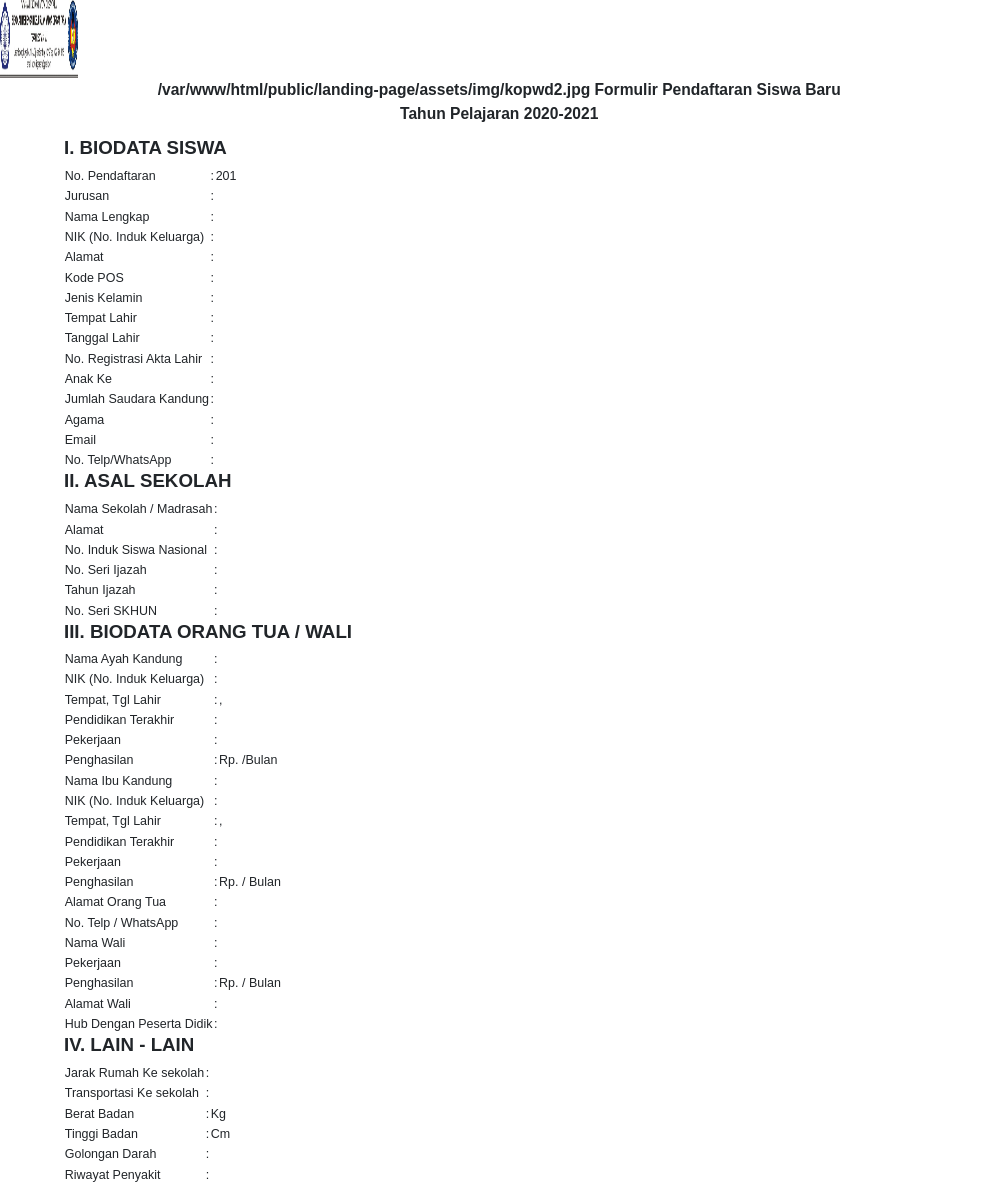
Repository: nooravipp-ux/ppdb-v-2
Page: resources/views/student/download-formulir.blade.php
The author's editor kept a copy of each file at every save. The page is drawn from the files as they stood at one save, then again after a run of saves.
The browser window is 1280 px wide. The pictures show the whole page, at 78% of full size.
The page is served by the project's Laravel application, run on PHP 8.4 with Laravel 8. Other server files are loaded and not shown. The template is opened directly, without the code that normally fills it, so the values that code supplies are empty.

Above is the page before, as saved 2021-09-05 00:28:33.

### routes/web.php
<?php

use Illuminate\Support\Facades\Route;
use Illuminate\Support\Facades\Auth;
use App\Mail\RegistrationMailNotif;
use Illuminate\Support\Facades\Mail;
/*
|--------------------------------------------------------------------------
| Web Routes
|--------------------------------------------------------------------------
|
| Here is where you can register web routes for your application. These
| routes are loaded by the RouteServiceProvider within a group which
| contains the "web" middleware group. Now create something great!
|
*/

Route::get('/', function () {
    return view('welcome');
});

Auth::routes();
Route::auth();
Route::get('/home', [App\Http\Controllers\HomeController::class, 'index'])->name('home');

//Exam Route
Route::get('/manage-exam', [App\Http\Controllers\ManageExamController::class, 'manageExam'])->name('manage-exam');
Route::post('/manage-exam/add-course', [App\Http\Controllers\ManageExamController::class, 'addCourse']);
Route::post('/add-or-update-exam', [App\Http\Controllers\ManageExamController::class, 'addOrUpdateExam'])->name('add-or-update-exam');
Route::get('/manage-exam/manage-exam-question/{id}', [App\Http\Controllers\ManageExamController::class, 'manageExamQuestion'])->name('manage-exam-question.id');
Route::get('/manage-exam/exam-report', [App\Http\Controllers\ManageExamController::class, 'examReport'])->name('exam-report');

Route::post('/manage-exam/manage-exam-question/add-questions', [App\Http\Controllers\QuestionController::class, 'addOrUpdateQuestions'])->name('add-questions');
Route::get('/start-exam/{id}', [App\Http\Controllers\ManageExamController::class, 'startExam'])->name('exam.id');
Route::get('/examination-list', [App\Http\Controllers\ManageExamController::class, 'listExam'])->name('list-exam');

Route::post('/start-exam/submit-exam', [App\Http\Controllers\QuestionController::class, 'submitAnswer']);
Route::get('/start-exam/submit-exam/result/{id}', [App\Http\Controllers\QuestionController::class, 'result'])->name('result.id');




// Registration route
Route::get('/register', [App\Http\Controllers\RegistrationController::class, 'index'])->name('registration');
Route::get('/register/detail/{id}', [App\Http\Controllers\RegistrationController::class, 'getDetailRegister'])->name('detail.id');
Route::get('/register/confirm/{id}', [App\Http\Controllers\RegistrationController::class, 'confirmRegister'])->name('confirm.id');
Route::get('/student-registration', [App\Http\Controllers\RegistrationController::class, 'registrationStudent']);
Route::get('/student-registration/save', [App\Http\Controllers\RegistrationController::class, 'save']);


//biodata
Route::get('/home/biodata', [App\Http\Controllers\BiodataController::class, 'biodata'])->name('biodata');

### app/Http/Controllers/Controller.php
<?php

namespace App\Http\Controllers;

use Illuminate\Foundation\Auth\Access\AuthorizesRequests;
use Illuminate\Foundation\Bus\DispatchesJobs;
use Illuminate\Foundation\Validation\ValidatesRequests;
use Illuminate\Routing\Controller as BaseController;
use Illuminate\Support\Facades\DB;
use Illuminate\Support\Facades\View;
use Illuminate\Support\Facades\Auth;
class Controller extends BaseController
{
    use AuthorizesRequests, DispatchesJobs, ValidatesRequests;
}

### resources/views/student/download-formulir.blade.php
<!DOCTYPE html>
<html lang="en-us">

<head>
    <meta charset="UTF-8">
    <meta name="viewport" content="width=device-width, initial-scale=1">

    <!-- Bootstrap CSS -->
    <link href="https://cdn.jsdelivr.net/npm/bootstrap@5.1.0/dist/css/bootstrap.min.css" rel="stylesheet" integrity="sha384-KyZXEAg3QhqLMpG8r+8fhAXLRk2vvoC2f3B09zVXn8CA5QIVfZOJ3BCsw2P0p/We" crossorigin="anonymous">


    <title>Formulir Pendaftaran</title>
    <link rel="stylesheet" href="./responsiveRegistration.css">
    <script type="text/javascript" lang="javascript" src="./responsiveRegistaration.js"></script>
    <style type="text/css" media="all">

        table {
            font-family: Arial, Helvetica, sans-serif;
        }

        p {
            font-family: Arial, Helvetica, sans-serif;
            text-align: center;
            font-size: 20px;
            font-weight: bold;
        }

        h4{
            font-family: Arial, Helvetica, sans-serif;

        }

        td {
            height: 10px;
        }
    </style>
</head>

<body>
    <img src="{{ url('landing-page/assets/img/kopwd2.jpg') }}" style="width: 100px; height:100px">
    <?php ?>
    <p>{{ public_path ('landing-page/assets/img/kopwd2.jpg') }} Formulir Pendaftaran Siswa Baru <br class="mt-2"> Tahun Pelajaran 2020-2021</p>
    <div class="container">
        {{-- Data Saya --}}
        <h4><b>I. BIODATA SISWA</b></h4>
        <table class=" pl-3">
            <tr>
                <td style="height: 20px;"><label for="fname">No. Pendaftaran</label></td>
                <td>:</td>
                <td>201</td>
            </tr>
            <tr>
                <td><label for="fname">Jurusan</label></td>
                <td>:</td>
                <td>{{$data->pilihan_jurusan}}</td>
            </tr>
            <tr>
                <td><label for="fname">Nama Lengkap</label></td>
                <td>:</td>
                <td>{{$data->nama_lengkap}}</td>
            </tr>
            <tr>
                <td><label for="fname">NIK (No. Induk Keluarga)</label></td>
                <td> : </td>
                <td>{{$data->nik_siswa}}</td>
            </tr>
            <tr>
                <td><label for="fname">Alamat</label></td>
                <td>:</td>
                <td>{{$data->alamat}}</td>
            </tr>
            <tr>
                <td><label for="fname">Kode POS</label></td>
                <td>:</td>
                <td>{{$data->kode_pos}}</td>
            </tr>

            <tr>
                <td><label for="fname">Jenis Kelamin</label></td>
                <td>:</td>
                <td>{{$data->jenis_kelamin}}</td>
            </tr>
            <tr>
                <td><label for="fname">Tempat Lahir</label></td>
                <td> : </td>
                <td>{{$data->tempat_lahir}}</td>
            </tr>
            <tr>
                <td><label for="fname">Tanggal Lahir</label></td>
                <td> : </td>
                <td>{{$data->tanggal_lahir}}</td>
            </tr>
            <tr>
                <td><label for="fname">No. Registrasi Akta Lahir</label></td>
                <td> : </td>
                <td>{{$data->no_registrasi_akta_lahir}}</td>
            </tr>
            <tr>
                <td><label for="fname">Anak Ke</label></td>
                <td> : </td>
                <td>{{$data->anak_ke}}</td>
            </tr>
            <tr>
                <td><label for="fname">Jumlah Saudara Kandung</label></td>
                <td> : </td>
                <td>{{$data->jumlah_saudara_kandung}}</td>
            </tr>
            <tr>
                <td><label for="fname">Agama</label></td>
                <td> : </td>
                <td>{{$data->agama}}</td>
            </tr>
            <tr>
                <td><label for="fname">Email</label></td>
                <td> : </td>
                <td>{{$data->email}}</td>
            </tr>
            <tr>
                <td><label for="fname">No. Telp/WhatsApp</label></td>
                <td> : </td>
                <td>{{$data->no_telp}}</td>
            </tr>
        </table>
    </div>

    <div class="container">
        {{-- Data Pendidikan --}}
        <h4><b>II. ASAL SEKOLAH</b></h4>
        <table>
            <tr>
                <td><label for="fname">Nama Sekolah / Madrasah</label></td>
                <td> : </td>
                <td>{{$data->nama_sekolah_asal}}</td>
            </tr>
            <tr>
                <td><label for="fname">Alamat</label></td>
                <td> : </td>
                <td>{{$data->alamat_sekolah}}</td>
            </tr>
            <tr>
                <td><label for="fname">No. Induk Siswa Nasional</label></td>
                <td> :</td>
                <td> {{$data->no_induk_siswa_nasional}}</td>
            </tr>
            {{-- <tr>
                <td><label for="fname">No. Peserta Ujian Nasional</label></td>
                <td> : </td>
                <td>{{$data->no_peserta_ujian_nasional}}</td>
            </tr> --}}
            <tr>
                <td><label for="fname">No. Seri Ijazah</label></td>
                <td> :</td>
                <td> {{$data->no_seri_ijazah}}</td>
            </tr>
            <tr>
                <td><label for="fname">Tahun Ijazah</label></td>
                <td> : </td>
                <td>{{$data->tahun_ijazah}}</td>
            </tr>
            <tr>
                <td><label for="fname">No. Seri SKHUN</label></td>
                <td> : </td>
                <td>{{$data->no_seri_skhun}}</td>
            </tr>
        </table>
    </div>

    <div class="container">
        {{-- Data Ortu / Wali --}}
        <h4><b>III. BIODATA ORANG TUA / WALI</b></h4>
        <table>
            <tr>
                <td><label for="fname">Nama Ayah Kandung</label></td>
                <td> :</td>
                <td> {{$data->nama_ayah}}</td>
            </tr>
            <tr>
                <td><label for="fname">NIK (No. Induk Keluarga)</label></td>
                <td> :</td>
                <td> {{$data->nik_ayah}}</td>
            </tr>
            <tr>
                <td><label for="fname">Tempat, Tgl Lahir</label></td>
                <td> : </td>
                <td>{{$data->tempat_lahir_ayah}}, {{$data->tanggal_lahir_ayah}}</td>
            </tr>
            <tr>
                <td><label for="fname">Pendidikan Terakhir</label></td>
                <td> : </td>
                <td>{{$data->pendidikan_ayah}}</td>
            </tr>
            <tr>
                <td><label for="fname">Pekerjaan</label></td>
                <td> :</td>
                <td> {{$data->pekerjaan_ayah}}</td>
            </tr>
            <tr>
                <td><label for="fname">Penghasilan</label></td>
                <td> :</td>
                <td> Rp. {{$data->penghasilan_ayah}} /Bulan</td>
            </tr>
            <tr>
                <td><label for="fname">Nama Ibu Kandung</label></td>
                <td> : </td>
                <td>{{$data->nama_ibu}}</td>
            </tr>
            <tr>
                <td><label for="fname">NIK (No. Induk Keluarga)</label></td>
                <td> : </td>
                <td>{{$data->nik_ibu}}</td>
            </tr>
            <tr>
                <td><label for="fname">Tempat, Tgl Lahir</label></td>
                <td> :</td>
                <td> {{$data->tempat_lahir_ibu}}, {{$data->tanggal_lahir_ibu}}</td>
            </tr>
            <tr>
                <td><label for="fname">Pendidikan Terakhir</label></td>
                <td> :</td>
                <td> {{$data->pendidikan_ibu}}</td>
            </tr>
            <tr>
                <td><label for="fname">Pekerjaan</label></td>
                <td> :</td>
                <td> {{$data->pekerjaan_ibu}}</td>
            </tr>
            <tr>
                <td><label for="fname">Penghasilan</label></td>
                <td> :</td>
                <td> Rp. {{$data->penghasilan_ibu}} / Bulan</td>
            </tr>
            <tr>
                <td><label for="fname">Alamat Orang Tua</label></td>
                <td> : </td>
                <td>{{$data->alamat_ortu}}</td>
            </tr>
            <tr>
                <td><label for="fname">No. Telp / WhatsApp</label></td>
                <td> : </td>
                <td>{{$data->no_telp_ortu}}</td>
            </tr>
            <tr>
                <td><label for="fname">Nama Wali</label></td>
                <td> : </td>
                <td>{{$data->nama_wali}}</td>
            </tr>
            <tr>
                <td><label for="fname">Pekerjaan</label></td>
                <td> : </td>
                <td>{{$data->pekerjaan_wali}} </td>
            </tr>
            <tr>
                <td><label for="fname">Penghasilan</label></td>
                <td> : </td>
                <td> Rp. {{$data->penghasilan_wali}} / Bulan</td>
            </tr>
            <tr>
                <td><label for="fname">Alamat Wali</label></td>
                <td> :</td>
                <td> {{$data->alamat_wali}}</td>
            </tr>
            <tr>
                <td><label for="fname">Hub Dengan Peserta Didik</label></td>
                <td> :</td>
                <td> {{$data->hub_dengan_peserta_didik}}</td>
            </tr>
        </table>
    </div>

    <div class="container">
        {{-- Lainlain --}}
        <h4><b>IV. LAIN - LAIN</b></h4>
        <table>
            <tr>
                <td><label for="fname">Jarak Rumah Ke sekolah</label></td>
                <td> : </td>
                <td> {{$data->jarak_rumah_ke_sekolah}}</td>
            </tr>
            <tr>
                <td><label for="fname">Transportasi Ke sekolah</label></td>
                <td> : </td>
                <td>{{$data->transportasi}}</td>
            </tr>
            <tr>
                <td><label for="fname">Berat Badan</label></td>
                <td> :</td>
                <td> {{$data->berat_badan}} Kg</td>
            </tr>
            <tr>
                <td><label for="fname">Tinggi Badan</label></td>
                <td> :</td>
                <td> {{$data->tinggi_badan}} Cm</td>
            </tr>
            <tr>
                <td><label for="fname">Golongan Darah</label></td>
                <td> :</td>
                <td> {{$data->gol_darah}}</td>
            </tr>
            <tr>
                <td><label for="fname">Riwayat Penyakit</label></td>
                <td> : </td>
                <td>{{$data->riwayat_penyakit}}</td>
            </tr>
        </table>
    </div>

        <script src="https://cdn.jsdelivr.net/npm/bootstrap@5.1.0/dist/js/bootstrap.bundle.min.js" integrity="sha384-U1DAWAznBHeqEIlVSCgzq+c9gqGAJn5c/t99JyeKa9xxaYpSvHU5awsuZVVFIhvj" crossorigin="anonymous"></script>
</body>

</html>

Loaded but not shown: app/Http/Controllers/Auth/ConfirmPasswordController.php (common file)

After the next 3 saves:
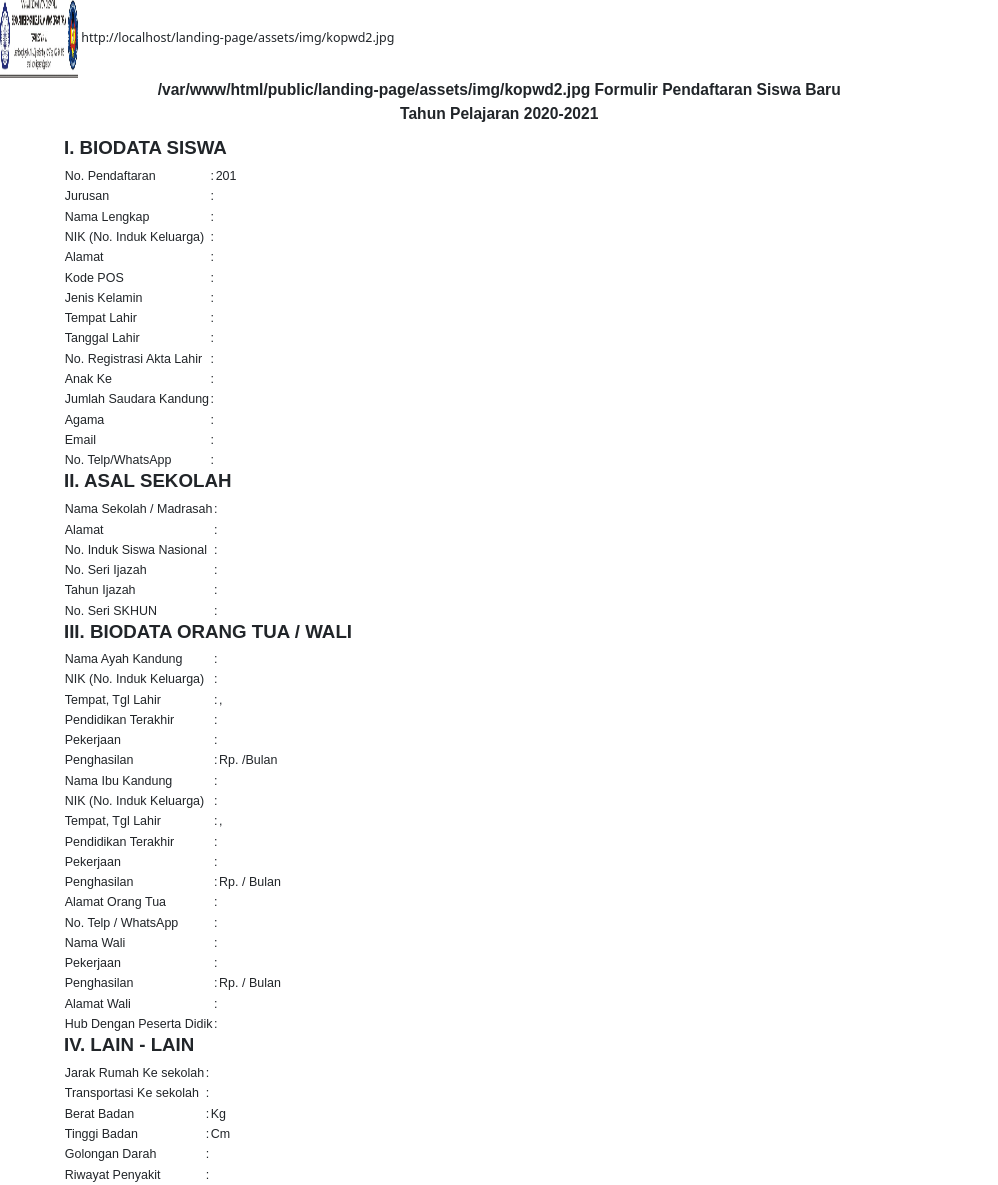
The 3 saves are shown as one change because 1 did not build or start and some came seconds apart.
The last was saved 14 s later.
--- a/resources/views/student/download-formulir.blade.php
+++ b/resources/views/student/download-formulir.blade.php
@@ -38,7 +38,7 @@
 
 <body>
     <img src="{{ url('landing-page/assets/img/kopwd2.jpg') }}" style="width: 100px; height:100px">
-    <?php ?>
+    <?php echo url('landing-page/assets/img/kopwd2.jpg'); ?>
     <p>{{ public_path ('landing-page/assets/img/kopwd2.jpg') }} Formulir Pendaftaran Siswa Baru <br class="mt-2"> Tahun Pelajaran 2020-2021</p>
     <div class="container">
         {{-- Data Saya --}}
